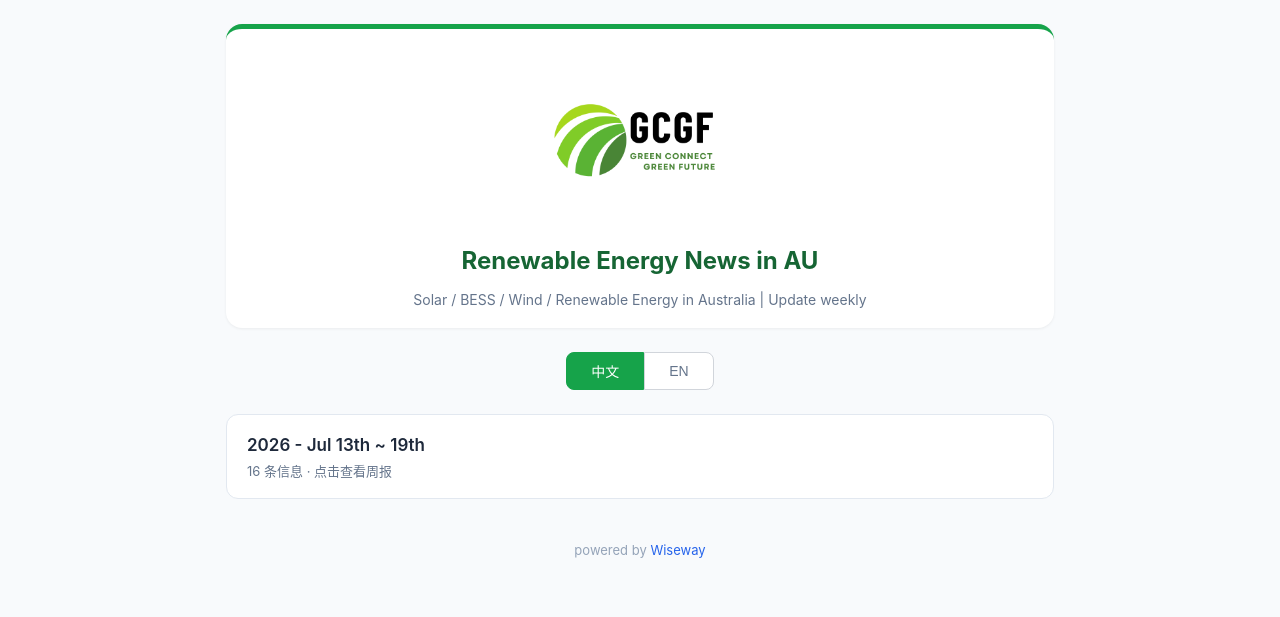
Repository: percival-peng-wiseway/weekly_news_rep
Page: index.html
These files come from the project's save history. The page is drawn as it stood at one moment and after the next save; the edit follows.
The browser window is 1280 px wide. The pictures show the whole page.

Above is the page before, as saved 2026-07-22 03:20:48.

### index.html
<!DOCTYPE html>
<html lang="en"><head><meta charset="utf-8">
<meta name="viewport" content="width=device-width, initial-scale=1">
<title>Renewable Energy News in AU</title>
<style>
* { box-sizing: border-box; margin: 0; padding: 0; }
body { font-family: -apple-system, "PingFang SC", "Microsoft YaHei", "Noto Sans CJK SC", sans-serif;
       background: #f8fafc; color: #1e293b; line-height: 1.7; }
.wrap { max-width: 860px; margin: 0 auto; padding: 24px 16px 64px; }

/* Hero */
header.hero { background: #fff; border-radius: 16px; padding: 24px 24px 16px;
              margin-bottom: 24px; text-align: center;
              border-top: 5px solid #16a34a;
              box-shadow: 0 1px 3px rgba(0,0,0,.06); }
header.hero img.logo { height: 180px; margin-bottom: 0px; }
header.hero h1 { font-size: 24px; color: #166534; margin-bottom: 6px; }
header.hero .sub { font-size: 14px; color: #64748b; }

/* Language toggle */
.lang-toggle { display: flex; justify-content: center; gap: 0; margin-bottom: 24px; }
.lang-toggle button { border: 1px solid #d1d5db; background: #fff; color: #64748b;
  padding: 8px 24px; cursor: pointer; font-size: 14px; font-weight: 500;
  transition: all .15s; }
.lang-toggle button:first-child { border-radius: 8px 0 0 8px; }
.lang-toggle button:last-child { border-radius: 0 8px 8px 0; }
.lang-toggle button.active { background: #16a34a; color: #fff; border-color: #16a34a; }

/* Section labels */
.lang-section h3 { font-size: 14px; color: #94a3b8; text-transform: uppercase;
  letter-spacing: .5px; margin-bottom: 10px; }

/* Cards */
nav.toc { background: #fff; border: 1px solid #e2e8f0; border-radius: 12px;
          padding: 12px 16px; margin-bottom: 24px; font-size: 14px; }
nav.toc a { color: #2563eb; text-decoration: none; margin-right: 14px; white-space: nowrap; }
h2.sec { font-size: 18px; margin: 32px 0 12px; padding-left: 12px; border-left: 5px solid #16a34a; }
.card { background: #fff; border: 1px solid #e2e8f0; border-radius: 12px;
        padding: 14px 18px; margin-bottom: 12px; }
.card .title { font-weight: 600; font-size: 16px; margin-bottom: 4px; }
.card .meta { font-size: 13px; color: #64748b; margin-bottom: 6px; }
.card .meta a { color: #2563eb; text-decoration: none; word-break: break-all; }
.card .point { font-size: 14.5px; }
footer.src { margin-top: 40px; font-size: 13px; color: #64748b; }
footer.src li { margin-left: 20px; }
a.back { color: #2563eb; text-decoration: none; font-size: 14px; }
.list-item { background:#fff; border:1px solid #e2e8f0; border-radius:12px; padding:16px 20px;
             margin-bottom:12px; display:block; text-decoration:none; color:inherit; }
.list-item:hover { border-color:#16a34a; }
.list-item .d { font-weight:600; font-size:17px; }
.list-item .c { font-size:13px; color:#64748b; }
</style></head>
<body><div class="wrap">

<header class="hero">
  <img class="logo" src="gcgf_logo.png" alt="GCGF Logo">
  <h1>Renewable Energy News in AU</h1>
  <div class="sub">Solar / BESS / Wind / Renewable Energy in Australia | Update weekly </div>
</header>

<div class="lang-toggle">
  <button id="btn-cn" class="active" onclick="switchLang('cn')">中文</button>
  <button id="btn-en" onclick="switchLang('en')">EN</button>
</div>

<div id="section-cn" class="lang-section">
  <a class="list-item" href="weekly/weekly-2026-07-13_2026-07-19.html">
    <div class="d">2026 - Jul 13th ~ 19th</div>
    <div class="c">16 条信息 · 点击查看周报</div>
  </a>
</div>

<div id="section-en" class="lang-section" style="display:none">
  <a class="list-item" href="weekly/weekly-2026-07-13_2026-07-19_en.html">
    <div class="d">2026 - Jul 13th ~ 19th </div>
    <div class="c">16 items · Weekly Briefing</div>
  </a>
</div>

<footer style="margin-top:40px;text-align:center;font-size:13px;color:#94a3b8">
  powered by <a href="www.wiseway.ai" style="color:#2563eb;text-decoration:none">Wiseway</a>
</footer>

</div>
<script>
function switchLang(lang) {
  document.getElementById('btn-cn').classList.toggle('active', lang==='cn');
  document.getElementById('btn-en').classList.toggle('active', lang==='en');
  document.getElementById('section-cn').style.display = lang==='cn' ? '' : 'none';
  document.getElementById('section-en').style.display = lang==='en' ? '' : 'none';
}
</script>
</body></html>

After the next save:
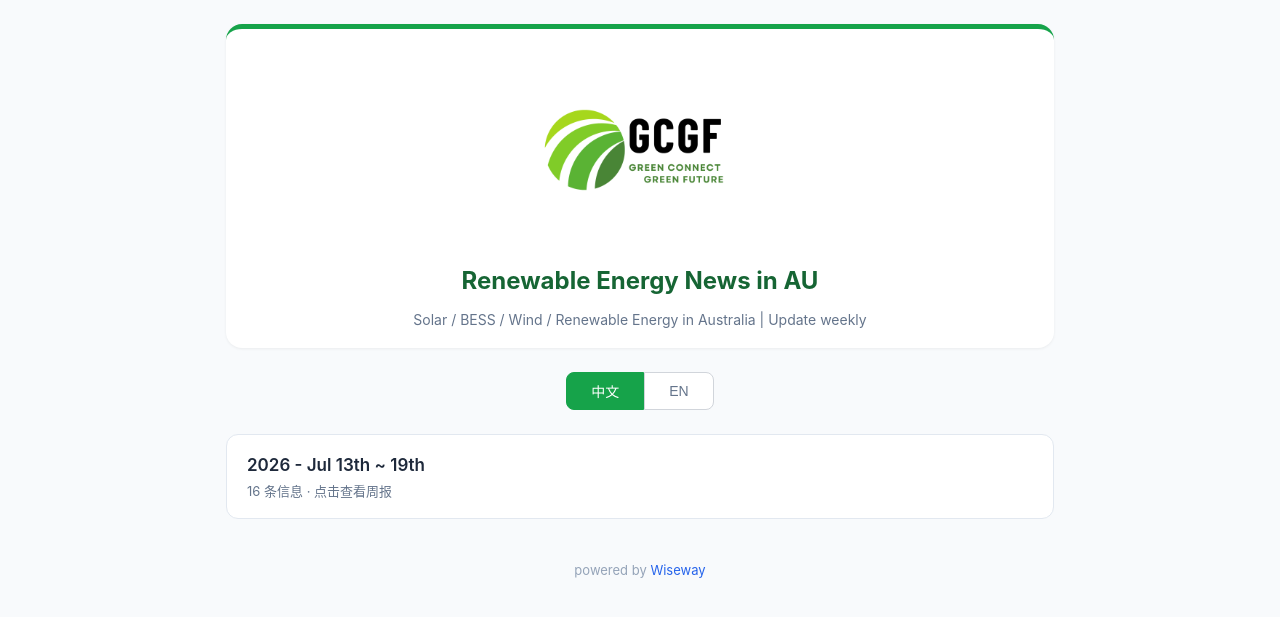
Saved 2 min 40 s later.
--- a/index.html
+++ b/index.html
@@ -13,7 +13,7 @@
               margin-bottom: 24px; text-align: center;
               border-top: 5px solid #16a34a;
               box-shadow: 0 1px 3px rgba(0,0,0,.06); }
-header.hero img.logo { height: 180px; margin-bottom: 0px; }
+header.hero img.logo { height: 200px; margin-bottom: 0px; }
 header.hero h1 { font-size: 24px; color: #166534; margin-bottom: 6px; }
 header.hero .sub { font-size: 14px; color: #64748b; }
 
@@ -72,7 +72,7 @@
 
 <div id="section-en" class="lang-section" style="display:none">
   <a class="list-item" href="weekly/weekly-2026-07-13_2026-07-19_en.html">
-    <div class="d">2026 - Jul 13th ~ 19th </div>
+    <div class="d">2026  Jul 13th ~ 19th </div>
     <div class="c">16 items · Weekly Briefing</div>
   </a>
 </div>
